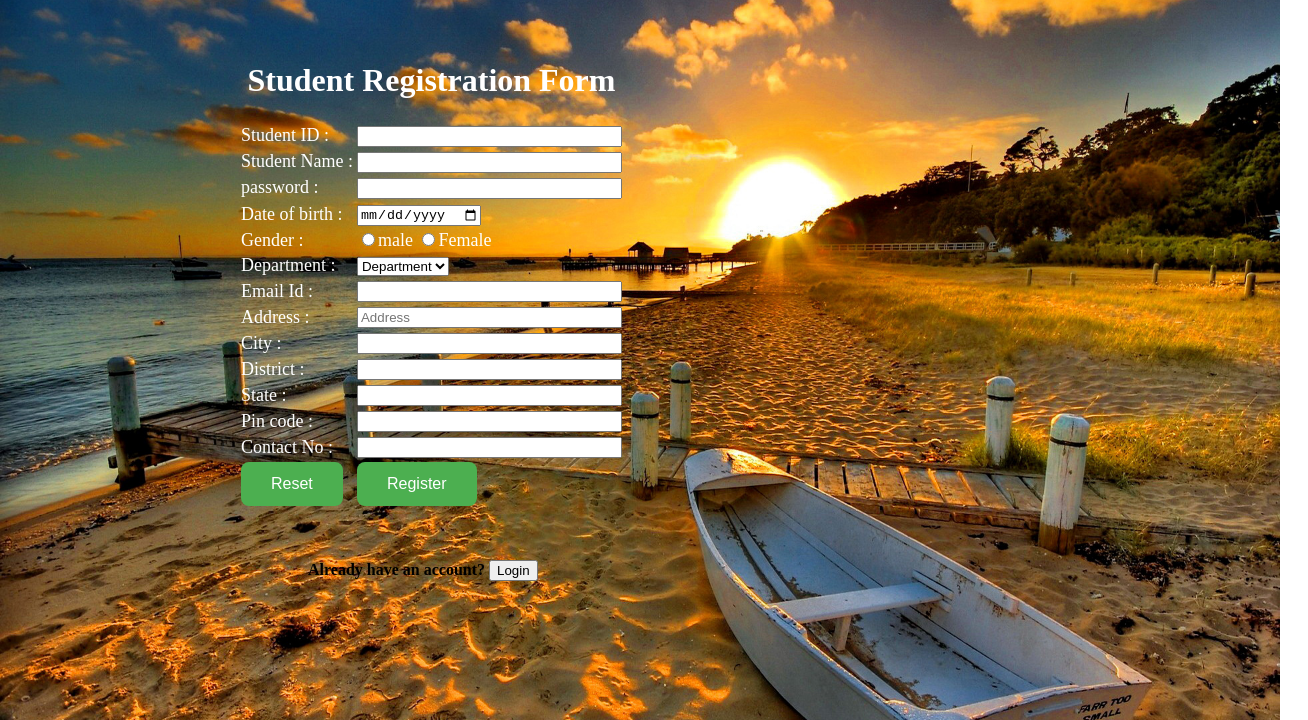
Repository: srikanthModugu/jdbc-servlet-jsp
Page: SutudentRegistration/WebContent/Registration.html
These files come from the project's save history. The page is drawn as it stood at one moment and after the next save; the edit follows.
The browser window is 1280 px wide. The page is 1308 px wide, so the pictures cover 1308 px, including what lies to the right of the window. The pictures show the whole page.

Above is the page before, as saved 2017-10-03 10:04:41.

### SutudentRegistration/WebContent/Registration.html
<!DOCTYPE html>
<html>
<head>
<meta charset="UTF-8">
<title>Registration Page</title>
<style type="text/css">
.button {
	border: none;
	border-radius: 8px;
	color: white;
	padding: 13px 30px;
	text-align: center;
	text-decoration: none;
	background-color: #4CAF50;
	display: inline-block;
	font-size: 16px;
}
.bg {
    /* The image used */
    background-image: url("back.jpg");

    /* Full height */
    height: 100%;

    /* Center and scale the image nicely */
    background-position: center;
    background-repeat: no-repeat;
    background-size: cover;
}

input[type=submit]
{
	border: none;
	border-radius: 8px;
	color: white;
	padding: 13px 30px;
	text-align: center;
	text-decoration: none;

	display: inline-block;
	font-size: 16px;
}

button:hover {
	background-color: #4CAF50;
	color: white;
	box-shadow: 0 12px 16px 0 rgba(0, 0, 0, 0.24), 0 17px 50px 0
		rgba(0, 0, 0, 0.19);
}

td {
	font-size: 18px;
}
</style>

</head>
<body class="bg">


		<div style="height: 700px; width: 1300px; color: white; float: left;">

			<div style="height: 700px; width: 200px;  float: left;">

			</div>

			<div
				style="height: 700px; width: 700px;  color: black; float: left;">
				<form action="Registration" method="get" >
					<table style="height: 600; width: 700; margin: 30px;  color: white;">

						<tr>
							<th colspan="2"><h1>Student Registration Form</h1></th>
						</tr>

						<tr>
							<td>Student ID :</td>
							<td><input type='text' name='studentid' size='30'><br></td>
						</tr>

						<tr>
							<td>Student Name :</td>
							<td><input type='text' name='studentName' size='30'><br></td>
						</tr>

						<tr>
							<td>password :</td>
							<td><input type='password' name='password' size='30'><br></td>
						</tr>

						<tr>
							<td>Date of birth :</td>
							<td><input type='date'  name="DOB">
							<br></td>
						</tr>

						<tr>
							<td>Gender :</td>
							<td><input type='radio' name='gender' value='male'>male
								<input type='radio' name='gender' value='female'>Female<br></td>
						</tr>

						<tr>
							<td>Department :</td>
							<td><select name='department'>
									<option>Department</option>
									<option>Computer</option>
									<option>Civil</option>
									<option>E & TC</option>
									<option>Mechanical</option>
									<option>IT</option>
							</select></td>
						</tr>

						<tr>
							<td>Email Id :</td>
							<td><input type='email' name='emailId' size='30'><br></td>
						</tr>

						<tr>
							<td>Address :</td>
							<td><input type='text' name='address' placeholder="Address" size='30'><br></td>
						</tr>

						<tr>
							<td>City :</td>
							<td><input type='text' name='city' size='30'><br></td>
						</tr>

						<tr>
							<td>District :</td>
							<td><input type='text' name='district' size='30'><br></td>
						</tr>

						<tr>
							<td>State :</td>
							<td><input type='text' name='state' size='30'><br></td>
						</tr>

						<tr>
							<td>Pin code :</td>
							<td><input type='text' name='pincode' size='30' maxlength="6"><br></td>
						</tr>

						<tr>
							<td>Contact No :</td>
							<td><input type='text' name='mobileNo' size='30'><br></td>
						</tr>


						<tr>
							<td><button class="button" type="submit" formaction="RegisterForm.html">Reset</button></td>
							<td><input class="button" type="submit" value="Register" ></td>
						</tr>
					</table>

					<div
						style="height: 25px; width: 400px;  color: black; float: left; margin-left: 100px">
						<h4>
							Already have an account?
							<button type="submit" formaction="LoginPage.html">Login</button>
						</h4>
					</div>
				</form>


			</div>

	</div>

</html>

After the next save:
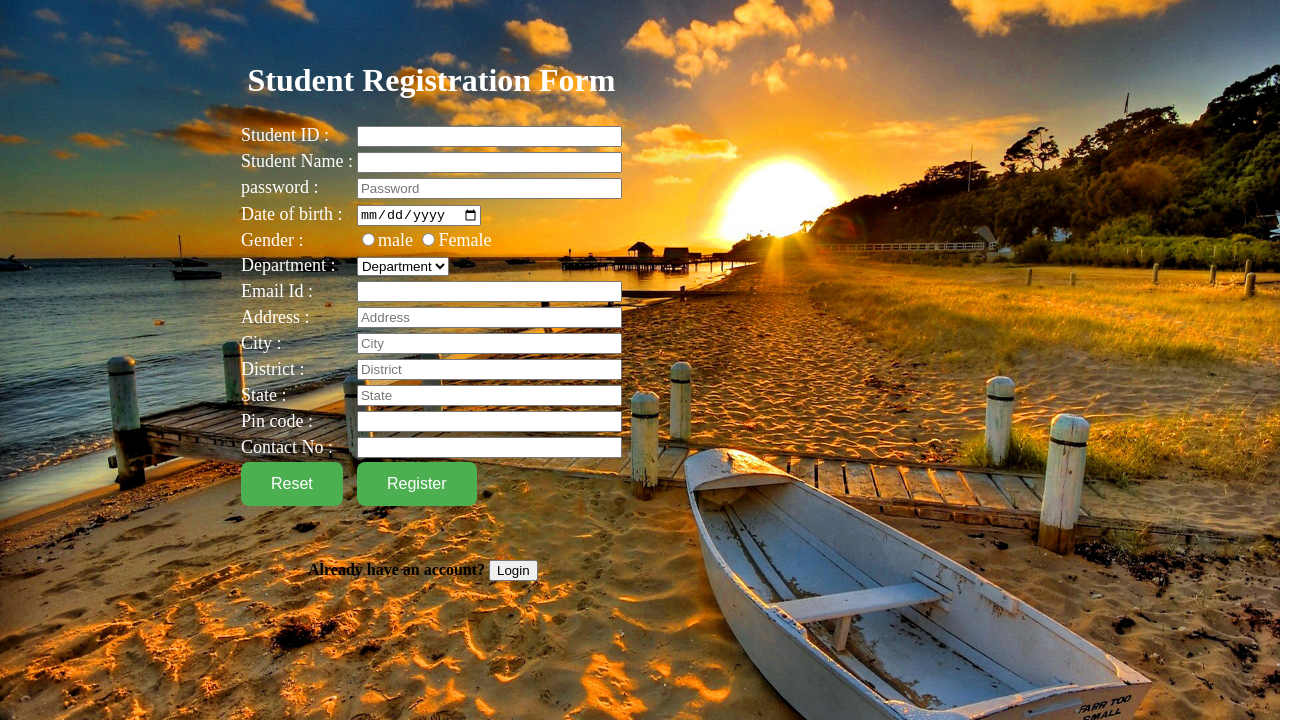
Saved 87 s later.
--- a/SutudentRegistration/WebContent/Registration.html
+++ b/SutudentRegistration/WebContent/Registration.html
@@ -84,7 +84,7 @@ td {
 
 						<tr>
 							<td>password :</td>
-							<td><input type='password' name='password' size='30'><br></td>
+							<td><input type='password' name='password' size='30' placeholder="Password" ><br></td>
 						</tr>
 
 						<tr>
@@ -123,17 +123,17 @@ td {
 
 						<tr>
 							<td>City :</td>
-							<td><input type='text' name='city' size='30'><br></td>
+							<td><input type='text' name='city' size='30'placeholder="City"><br></td>
 						</tr>
 
 						<tr>
 							<td>District :</td>
-							<td><input type='text' name='district' size='30'><br></td>
+							<td><input type='text' name='district' size='30' placeholder="District"><br></td>
 						</tr>
 
 						<tr>
 							<td>State :</td>
-							<td><input type='text' name='state' size='30'><br></td>
+							<td><input type='text' name='state' size='30'placeholder="State"><br></td>
 						</tr>
 
 						<tr>
